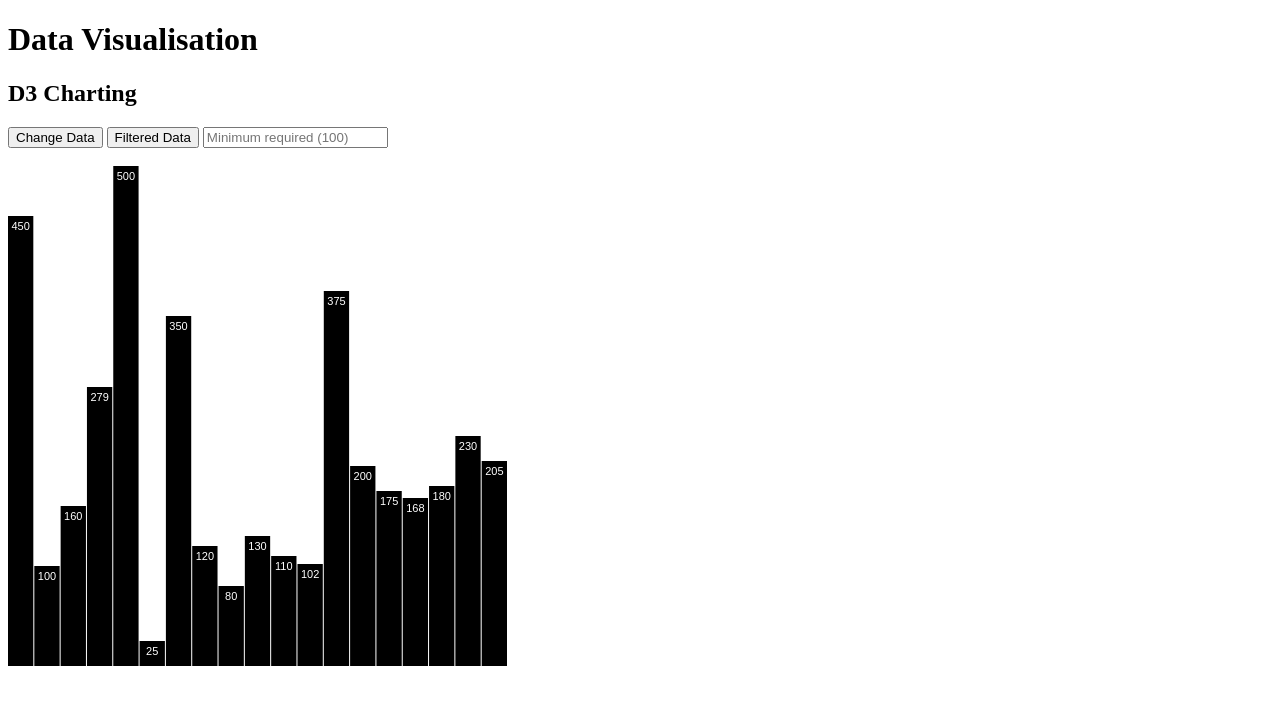
Repository: nitr-am/d3.js-svj
Page: d3_charting.html
The author's editor kept a record of every edit. The page is drawn from the files as they stood at one moment, then again after the next edit.
The browser window is 1280 px wide. The pictures show the whole page.
Some web libraries are served in a nearby version.

Above is the page before.

### d3_charting.html
<!DOCTYPE html>
<html lang="en">

<head>
    <meta charset="UTF-8">
    <meta name="viewport" content="width=device-width, initial-scale=1.0">
    <meta http-equiv="X-UA-Compatible" content="ie=edge">
    <title>D3 and Scalable Vector Graphics</title>

    <script src="https://cdnjs.cloudflare.com/ajax/libs/d3/5.9.7/d3.min.js" integrity="sha256-D+2/goqcjnuoryb9A0rifuH0rBYS9hKOzNqG91JhAVc=" crossorigin="anonymous"></script>

</head>

<body>
    <h1>Data Visualisation</h1>

    <h2>D3 Charting</h2>

    <button onclick="change_data()">Change Data</button>
    <button onclick="filter_data()">Filtered Data</button>
    <input type=text id="filter_value" placeholder="Minimum required (100)"/>
    <br><br>

    <div id="draw-here"></div>

    <script>
        var w = 500; // Width of chart container
        var h = 500; // Height of chart container
        var barPadding = 1;
        var dataset = [
            450, 100, 160, 279, 500, 25, 350, 120, 80, 130,
            110, 102, 375, 200, 175, 168, 180, 230, 205,
        ];


        var colWidth = w / dataset.length; // A esto llego para tener abajo un codigo mas limpio. Es el ancho de c/ columna.
        var barWidth = colWidth - barPadding; // Igual, para tenr un codigo mas limpio. Es el ancho de C/ barra.
        // La diferencia entre columnas y barras es que la columna incluye el barPaddig que es lo que separa barra y barra.


        var svg = d3.select("#draw-here") // Aqui selecciono y junto el d3 con el div donde voy a hacer el chart. /#draw-here
            .append("svg") // Pego el "svg" que estoy creando.
            .attr("height", h) // Los atributos son las caracteristicas de el svg. Estan definidos arriba. Dimensiones.
            .attr("width", w);

        svg.selectAll("rect") // selectAll significa seleccionar todos los rectangulos (esos datos are represented in rectangles.)
            .data(dataset) // Getting the data from the dataset arow.
            .enter() // Is to make every piece of data a new instance with the attributes that come below.
            .append("rect") // Now I am attaching each new rectangle. (we are not creating a chart but a et of rectaangles with some data)
            .attr("x", function(d, i) {
                return i * colWidth; // separates all the rectangles uniformally.
            }) // Here all the attributes of each "rect": X and Y coordinates. Height and width of each rectangle.
            .attr("y", function(d) {
                return h - d; // It is important to declare that x,y(0,0) start at the top left of the screen and go left & down.
            }) // according to above h-d, give the y start of the "rect" to below. To make the aligned at bottom.
            .attr("height", function(d) {
                return d; // the size is the data.
            })
            .attr("width", barWidth) // Defined above. It is the colWidth - the barPadding.

        // Now I am going to define the text inside of each one of the bars. Which I need to say the "data".

        svg.selectAll("text") // This is the first step to create a chart.
            .data(dataset) // Also the informaiton comes from the dataset (the text comes from it). )
            .enter() // reating each instance.
            .append("text") // Appending text to each instance
            .text(function(d) { // As I said I need my "text" to be the data of the "dataset".
                return d; // What is d, is the data inside the dataset.
            })
            .attr("text-anchor", "middle") // I need to text to go in the middle.
            .attr("x", function(d, i) { // x coordinate.
                return i * colWidth + barWidth / 2; // Al mismo ancho establecido arriba (el de cada barra, le agrego el de la barra/2.)
            }) // Esto para que el texto quede en la mitad de cada barra.
            // i*colWidth llega hasta la barra deseada. + barWidth/2 me lleva hasta la mitad de esa barra deseada.
            .attr("y", function(d) {
                return h - d + 14; // Teniendo en cuenta que las Barras empiezan desde arriba, el + 14 es para que el texto quede un poquito
            }) // abajo del final de la barra.
            .attr("font-family", "sans-serif") // Mas atributos del texto.
            .attr("font-size", "11px")
            .attr("fill", "white");

    </script>
</body>

</html>

After the next edit:
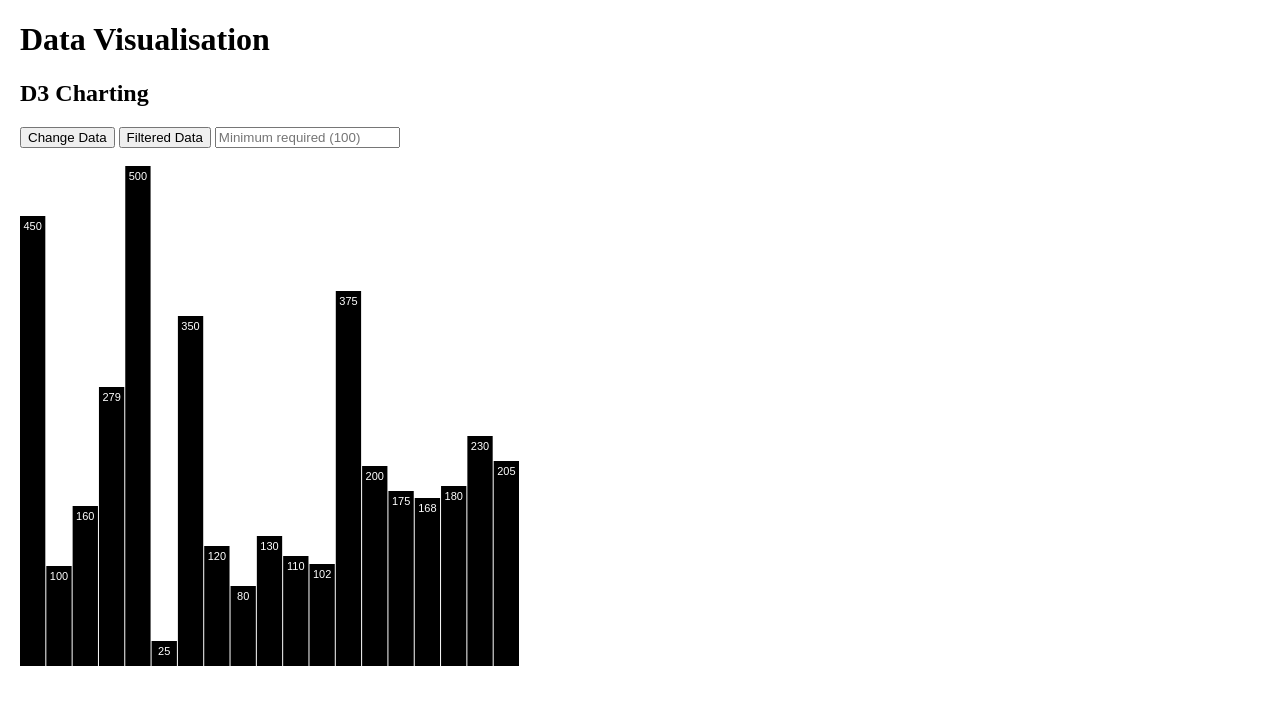
The edit:
--- a/d3_charting.html
+++ b/d3_charting.html
@@ -11,7 +11,7 @@
 
 </head>
 
-<body>
+<body style= margin-left:20px>
     <h1>Data Visualisation</h1>
 
     <h2>D3 Charting</h2>

After the edit that followed:
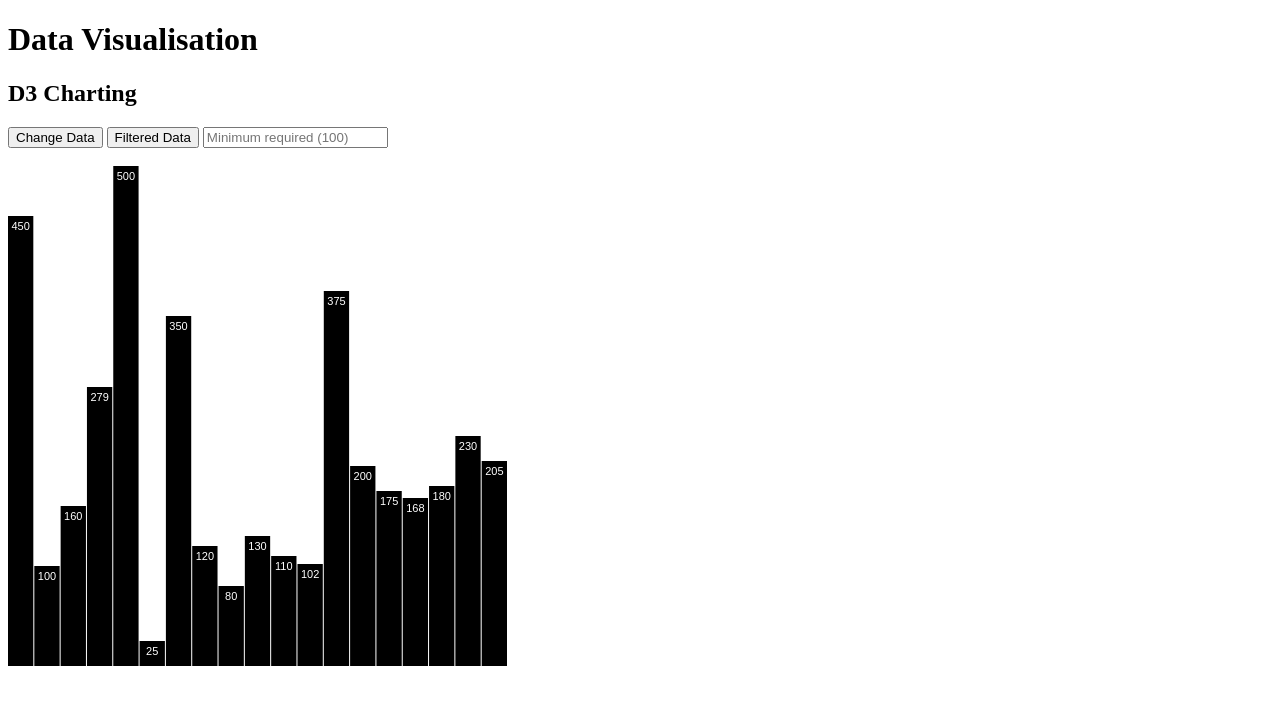
The edit:
--- a/d3_charting.html
+++ b/d3_charting.html
@@ -11,14 +11,14 @@
 
 </head>
 
-<body style= margin-left:20px>
+<body style=m argin-left:20px>
     <h1>Data Visualisation</h1>
 
     <h2>D3 Charting</h2>
 
     <button onclick="change_data()">Change Data</button>
     <button onclick="filter_data()">Filtered Data</button>
-    <input type=text id="filter_value" placeholder="Minimum required (100)"/>
+    <input type=text id="filter_value" placeholder="Minimum required (100)" />
     <br><br>
 
     <div id="draw-here"></div>
@@ -42,6 +42,8 @@
             .append("svg") // Pego el "svg" que estoy creando.
             .attr("height", h) // Los atributos son las caracteristicas de el svg. Estan definidos arriba. Dimensiones.
             .attr("width", w);
+
+
 
         svg.selectAll("rect") // selectAll significa seleccionar todos los rectangulos (esos datos are represented in rectangles.)
             .data(dataset) // Getting the data from the dataset arow.
@@ -78,7 +80,6 @@
             .attr("font-family", "sans-serif") // Mas atributos del texto.
             .attr("font-size", "11px")
             .attr("fill", "white");
-
     </script>
 </body>
 
